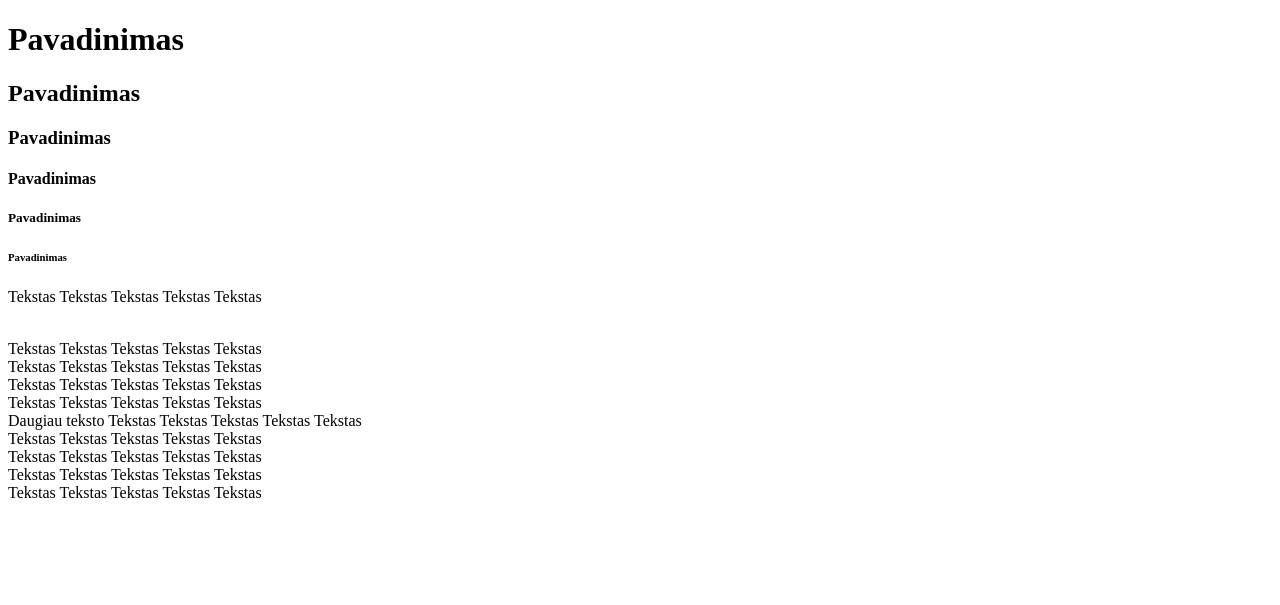
Repository: motiejus1/01-paskait
Page: pirmas.html
These files come from the project's save history. The page is drawn as it stood at one moment and after a run of saves; the edit follows.
The browser window is 1280 px wide. The pictures show the whole page.

Above is the page before, as saved 2021-05-31 20:27:06.

### pirmas.html
<!DOCTYPE html>

<html lang="en">
    <head>
        <meta charset="UTF-8">
        <meta http-equiv="X-UA-Compatible" content="IE=edge">
        <meta name="viewport" content="width=device-width, initial-scale=1.0">
        <title>Pirma paskaita</title>
    </head>

    <body>

        <h1>Pavadinimas</h1>
        <h2>Pavadinimas</h2>
        <h3>Pavadinimas</h3>
        <h4>Pavadinimas</h4>
        <h5>Pavadinimas</h5>
        <h6>Pavadinimas</h6>

        <p>Tekstas Tekstas Tekstas Tekstas Tekstas</p><br>

        Tekstas Tekstas Tekstas Tekstas Tekstas<br>
        Tekstas Tekstas Tekstas Tekstas Tekstas<br>
        Tekstas Tekstas Tekstas Tekstas Tekstas<br>
        Tekstas Tekstas Tekstas Tekstas Tekstas<br>

        Daugiau teksto


        Tekstas Tekstas Tekstas Tekstas Tekstas<br>
        Tekstas Tekstas Tekstas Tekstas Tekstas<br>
        Tekstas Tekstas Tekstas Tekstas Tekstas<br>
        Tekstas Tekstas Tekstas Tekstas Tekstas<br>

        Tekstas Tekstas Tekstas Tekstas Tekstas<br>
    </body>

</html>

After the next 2 saves:
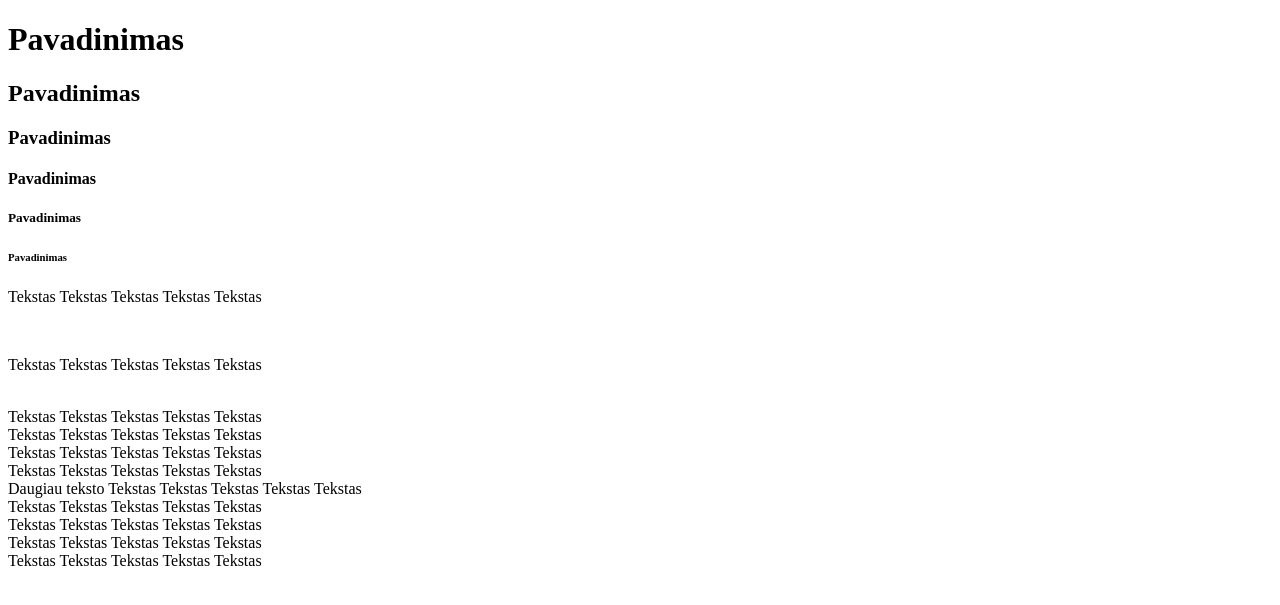
The 2 saves are shown as one change because they came seconds apart.
The last was saved 9 s later.
--- a/pirmas.html
+++ b/pirmas.html
@@ -18,6 +18,7 @@
         <h6>Pavadinimas</h6>
 
         <p>Tekstas Tekstas Tekstas Tekstas Tekstas</p><br>
+        <p>Tekstas Tekstas Tekstas Tekstas Tekstas</p><br>
 
         Tekstas Tekstas Tekstas Tekstas Tekstas<br>
         Tekstas Tekstas Tekstas Tekstas Tekstas<br>
